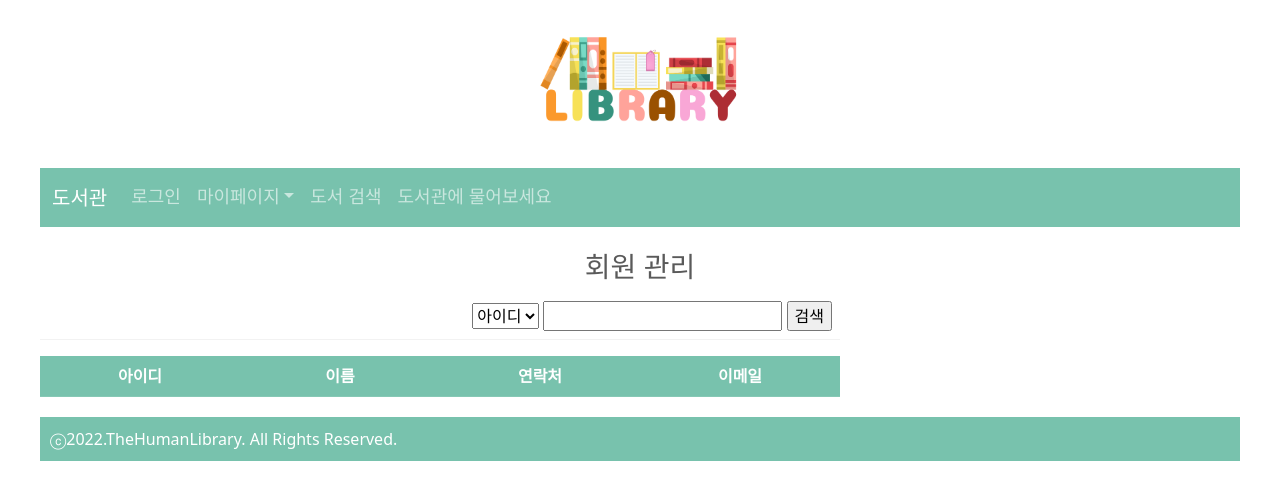
Repository: ahnbin00/Library
Page: http://localhost/BookRental/WEB-INF/book/manageMemberList.jsp
The author's editor kept a copy of each file at every save. The page is drawn from the files as they stood at one save, then again after the next save.
The browser window is 1280 px wide. The pictures show the whole page.
Some web fonts or font styles are not loaded; a fallback is used. Some web libraries are served in a nearby version. The page is served by Tomcat 9. Nobody is signed in. Other server files are loaded and not shown. The template is opened directly, without the code that normally fills it, so the values that code supplies are empty.

Above is the page before, as saved 2022-12-22 07:01:06.

### BookRental/src/main/webapp/WEB-INF/book/manageMemberList.jsp
<%@page import="java.util.List"%>
<%@ page language="java" contentType="text/html; charset=UTF-8"
	pageEncoding="UTF-8"%>
    <%@ taglib prefix="c" uri="http://java.sun.com/jsp/jstl/core" %>
<!DOCTYPE html>
<html>
<head>
<meta charset="UTF-8">
<link rel="stylesheet"
   href="resources/bootstrap.css">
   <link rel="stylesheet" href="https://cdn.jsdelivr.net/npm/bootstrap-icons@1.7.1/font/bootstrap-icons.css">
<title>대여 현황</title>
<style type="text/css">
@import url('https://fonts.googleapis.com/css2?family=Jua&display=swap');
th, td{
	width: 200px;
}
</style>
</head>
<body style="width:1200px; text-align:center; margin: 0 auto;" >
	   <header>
      <h1 style="text-align: center; padding-top: 30px; padding-bottom: 30px;"><img alt="로고" src="resources/logo.png" width="200px" height="100px"></h1>
   </header>
   <nav>
   <%@ include file="/WEB-INF/book/banner.jsp" %>
   </nav>
   <br>
	<h3>회원 관리</h3>

	<!-- 검색 시작 -->
	<form action="getMemberList.do">
		<table class="table" style="width:800px;">
			<tr>
				<td align="right">
					<select name="searchCondition">
						<option value="ID">아이디</option>
						<option value="NAME">이름</option>
					</select>
					<input type="text" name="searchKeyword">
					<input type="submit" value="검색">
				</td>
			</tr>
		</table>
	</form>

	<!-- 목록 출력 -->
	<table class="table table-hover" style="width:800px;">
		<tr class="table-primary">
			<th scope="row">아이디</th>
			<th scope="row">이름</th>
			<th scope="row">연락처</th>
			<th scope="row">이메일</th>
		</tr>
		<c:forEach var="memberList" items="${memberList }">
			<tr class="table-primary">
		      	<td><a href="getMemberInfo.do?id=${memberList.id }">${memberList.id }</a></td>
		      	<td>${memberList.name }</td>
		      	<td>${memberList.phone }</td>
		      	<td>${memberList.mail }</td>
	    	</tr>
	    </c:forEach>
	</table>
	<!-- 목록 끝 -->
	</div>

	<%@ include file="/WEB-INF/book/footer.jsp" %>
</body>
</html>

### BookRental/src/main/webapp/WEB-INF/book/banner.jsp
<%@ page language="java" contentType="text/html; charset=UTF-8"
   pageEncoding="UTF-8"%>
<%@ taglib prefix="c" uri="http://java.sun.com/jsp/jstl/core" %>
<!DOCTYPE html>
<html>
<head>
<meta charset="UTF-8">
<link rel="stylesheet"
   href="../resources/bootstrap.css">
   <script src="https://cdn.jsdelivr.net/npm/bootstrap@5.2.2/dist/js/bootstrap.bundle.min.js" integrity="sha384-OERcA2EqjJCMA+/3y+gxIOqMEjwtxJY7qPCqsdltbNJuaOe923+mo//f6V8Qbsw3" crossorigin="anonymous"></script>
<title>상단 메인 배너</title>
<style type="text/css">
@import url('https://fonts.googleapis.com/css2?family=Jua&display=swap');
body ul, a{
font-family: 'Jua', sans-serif;
}
</style>
</head>
<body style="width:1200px;">
<nav class="navbar navbar-expand-lg navbar-dark bg-primary">
  <div class="container-fluid">
    <a class="navbar-brand" href="index.do">도서관</a>
    <button class="navbar-toggler" type="button" data-bs-toggle="collapse" data-bs-target="#navbarColor01" aria-controls="navbarColor01" aria-expanded="false" aria-label="Toggle navigation">
      <span class="navbar-toggler-icon"></span>
    </button>
    <div class="collapse navbar-collapse" id="navbarColor01">
      <ul class="navbar-nav me-auto">
        <li class="nav-item">
        <c:choose>
         <c:when test="${empty id }">
            <a class="nav-link" href="login.do" style="font-size:18px">로그인
            <span class="visually-hidden">(current)</span>
             </a>
         </c:when>
         <c:otherwise>
             <a class="nav-link" href="logout.do" style="font-size:18px">로그아웃
             <span class="visually-hidden">(current)</span>
             </a>
         </c:otherwise>
         </c:choose>
         <c:if test="${id eq 'admin' }">
        	<li class="nav-item">
			<a class="nav-link" href="getMemberList.do">회원 관리</a>
			</li>
			<li class="nav-item">
			<a class="nav-link" href="getBookListManage.do">도서 관리</a>
			</li>
			<li class="nav-item">
			<a class="nav-link" href="getRentalList.do">대여 현황</a>
			</li>
			<li class="nav-item">
			<a class="nav-link" href="getQnaListManage.do">도서관에 물어보세요</a>
			</li>
         </c:if>
        </li>
        <c:if test="${id ne 'admin' }">
        <li class="nav-item dropdown">
          <a class="nav-link dropdown-toggle" data-bs-toggle="dropdown" role="button" aria-haspopup="true" aria-expanded="false" style="font-size:18px">마이페이지</a>
          <div class="dropdown-menu">
             <c:choose>
             <c:when test="${empty id }">
             <a class="dropdown-item" href="login.do" style="font-size:18px">회원정보수정</a>
            <a class="dropdown-item" href="login.do" style="font-size:18px">회원대출정보</a>
             </c:when>
             <c:otherwise>
             <a class="dropdown-item" href="getMember.do?id=${id}" style="font-size:18px">회원정보수정</a>
            <a class="dropdown-item" href="memberRental.do?id=${id}" style="font-size:18px">회원대출정보</a>
             </c:otherwise>
             </c:choose>
          </div>
        </li>
        <li class="nav-item">
          <a class="nav-link" href="getBookList.do" style="font-size:18px">도서 검색</a>
        </li>
        <li class="nav-item">
          <a class="nav-link" href="getQnaList.do" style="font-size:18px">도서관에 물어보세요</a>
        </li>
      </ul>
      </c:if>
<!--       <form class="d-flex"> -->
<!--         <input class="form-control me-sm-2" type="text" placeholder="Search"> -->
<!--         <button class="btn btn-secondary my-2 my-sm-0" type="submit">Search</button> -->
<!--       </form> -->
    </div>
  </div>
</nav>

</body>
</html>

### BookRental/src/main/webapp/WEB-INF/book/footer.jsp
<%@ page language="java" contentType="text/html; charset=UTF-8"
    pageEncoding="UTF-8"%>
<!DOCTYPE html>
<html>
<head>
<meta charset="UTF-8">
<title>Insert title here</title>
<style type="text/css">
footer{
margin-top: 20px;
padding: 10px;
width: 1200px;
background-color: #78c2ad;
text-align: left;
color: white;
}
</style>
</head>
<body>

   <footer>
		ⓒ2022.TheHumanLibrary. All Rights Reserved.
   </footer>

</body>
</html>

Loaded but not shown: BookRental/src/main/webapp/resources/bootstrap.css (library)

After the next save:
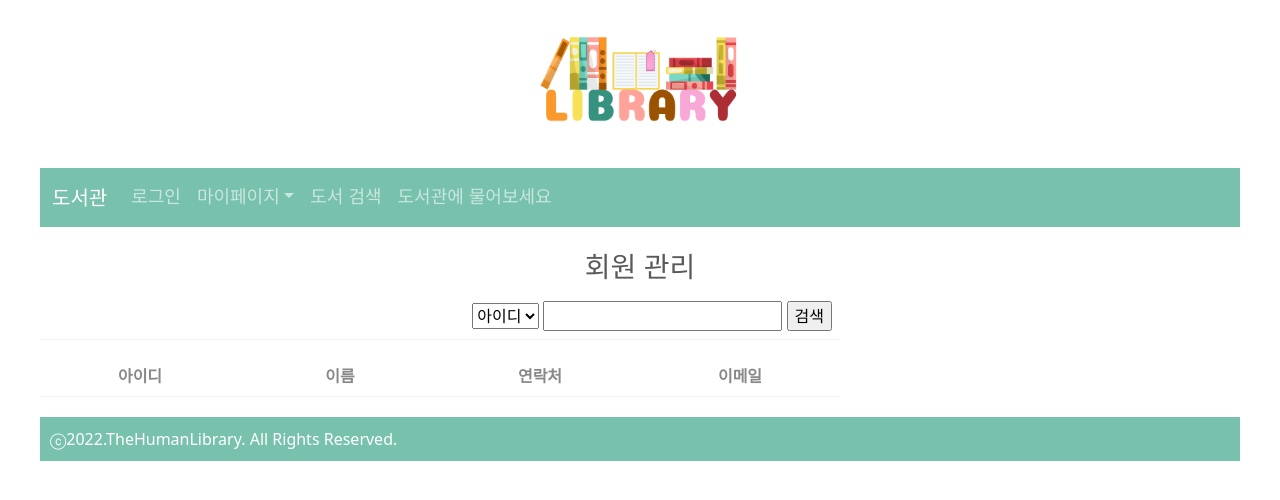
Saved 75 s later.
--- a/BookRental/src/main/webapp/WEB-INF/book/manageMemberList.jsp
+++ b/BookRental/src/main/webapp/WEB-INF/book/manageMemberList.jsp
@@ -44,15 +44,15 @@ th, td{
 	</form>
 
 	<!-- 목록 출력 -->
-	<table class="table table-hover" style="width:800px;">
-		<tr class="table-primary">
+	<table class="table" style="width:800px;">
+		<tr>
 			<th scope="row">아이디</th>
 			<th scope="row">이름</th>
 			<th scope="row">연락처</th>
 			<th scope="row">이메일</th>
 		</tr>
 		<c:forEach var="memberList" items="${memberList }">
-			<tr class="table-primary">
+			<tr class="table">
 		      	<td><a href="getMemberInfo.do?id=${memberList.id }">${memberList.id }</a></td>
 		      	<td>${memberList.name }</td>
 		      	<td>${memberList.phone }</td>
